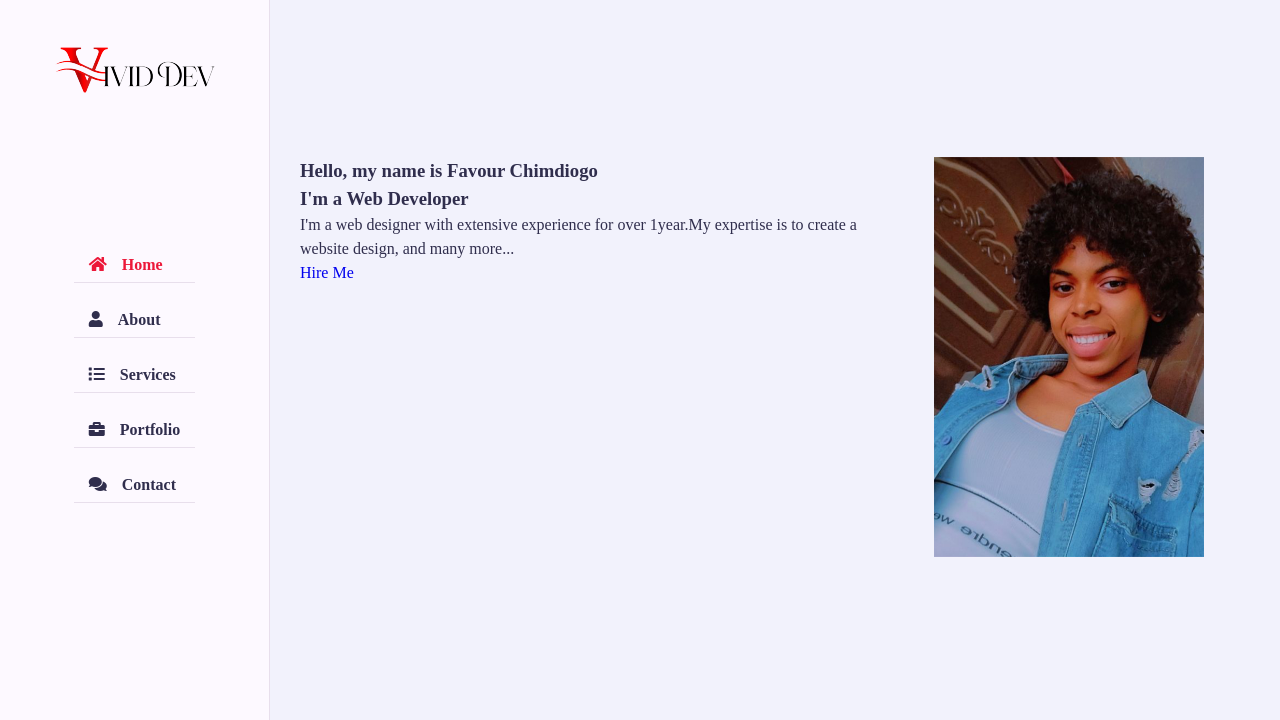
Repository: Big-Fave1/vivid-dev-portfolio
Page: build/index.html
These files come from the project's save history. The page is drawn as it stood at one moment and after the next save; the edit follows.
The browser window is 1280 px wide. The pictures show the whole page.

Above is the page before, as saved 2025-05-30 11:58:27.

After the next save:
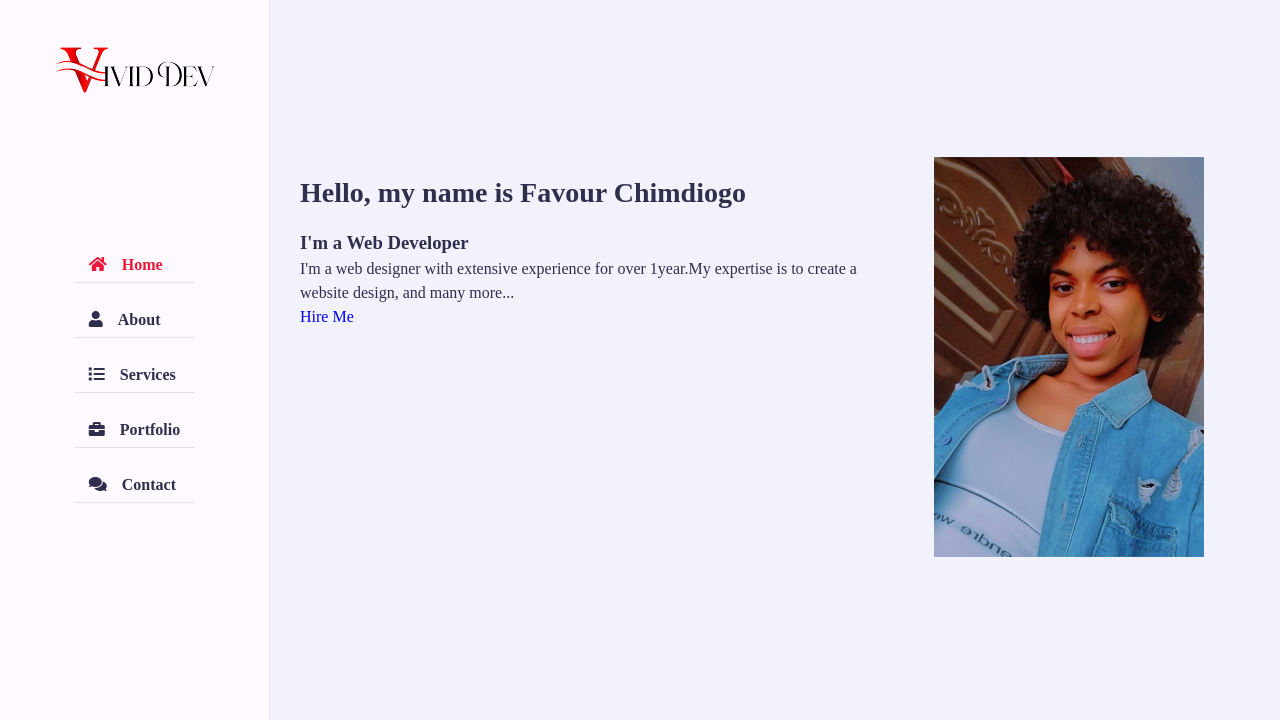
Saved 58 s later.
--- a/build/css/style.css
+++ b/build/css/style.css
@@ -179,6 +179,11 @@ align-items: center;
     flex: 0 60%;
     max-width: 60%;
 }
+h3.hello
+{
+    font-size: 28px;
+    margin: 15PX 0;
+}
 .home .home-img
 {
     flex: 0 0 40%;
